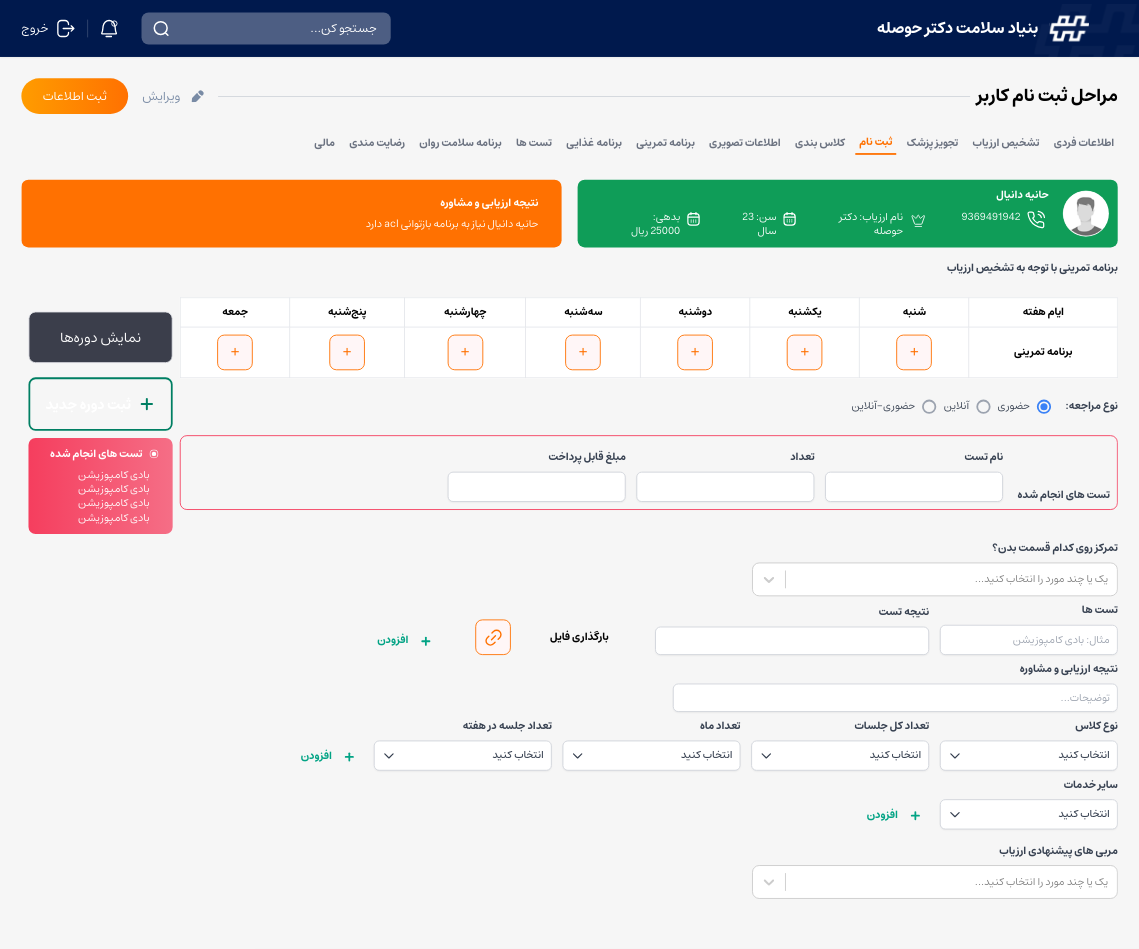
Repository: mirnajafi/ERP_hoseleh_V1.0
Page: /register, after clicking the first element matching `div.flex > :nth-child(4)`
An editor plug-in stored every save of this project. The page is shown before and after the next save, followed by the edit.
The browser window is 1280 px wide. The pictures show the whole page, at 89% of full size.
Some web fonts or font styles are not loaded; a fallback is used. The project was rebuilt for these pictures with package versions that can differ from the ones it lists, and the page was loaded fresh each time. The framework's server and built-in components were replaced by stand-ins that run in the browser. Also part of the build but not shown: next.config.mjs, src/components/icons/trash.tsx, src/components/weekTable/weekTable.css, src/components/icons/copy.tsx, src/components/recognitionEvaluator/recognitionEvaluator.tsx.

Above is the page before, as saved 2025-02-28 23:48:51.

### src/app/layout.tsx
/* eslint-disable @next/next/no-img-element */
import type { Metadata } from "next";
import Header from "@/components/layout/Header";
import "@/app/globals.css";


export const metadata: Metadata = {
  title: "دکتر حوصله",
  description: "بنیاد سلامت دکتر حوصله",
};

export default function RootLayout({ children }: { children: React.ReactNode }) {
  return (
    <html lang="fa" dir="rtl">
      <body className="bg-dashboard-bg min-h-screen">
        {/* Header includes SidebarToggle, so no need to add Sidebar separately */}
        <Header />
        {/* Main Content Area */}
        <main className="transition-all duration-300 mt-16 p-6">
          {children}
        </main>

      </body>
    </html>
  );
}

### src/app/globals.css
@tailwind base;
@tailwind components;
@tailwind utilities;

@font-face {
  font-family: 'Estedad';
  src: url('/fonts/Estedad-Regular.woff2') format('woff2');
  font-weight: normal;
  font-style: normal;
  font-display: swap;
}

@font-face {
  font-family: 'Estedad';
  src: url('/fonts/Estedad-Bold.woff2') format('woff2');
  font-weight: bold;
  font-style: normal;
  font-display: swap;
}

@font-face {
  font-family: 'Estedad';
  src: url('/fonts/Estedad-Medium.woff2') format('woff2');
  font-weight: 500;
  font-style: normal;
  font-display: swap;
}

@font-face {
  font-family: 'Estedad';
  src: url('/fonts/Light.woff2') format('woff2');
  font-weight: 400;
  font-style: normal;
  font-display: swap;
}

@layer base {
  html {
    font-family: 'Estedad'
  }
}

### src/components/formTab/formTab.tsx
import { useState } from "react";

interface Tab {
  label: string;
  content: React.ReactNode;
}

interface TabsProps {
  tabs: Tab[];
  defaultIndex?: number;
}

const Tabs: React.FC<TabsProps> = ({ tabs, defaultIndex = 0 }) => {
  const [activeIndex, setActiveIndex] = useState(defaultIndex);

  return (
    <div className="w-full overflow-hidden">
      <div className="flex py-3 overflow-x-auto whitespace-nowrap">
        {tabs.map((tab, index) => (
          <button
            key={index}
            className={`ml-2 p-1 text-nowrap text-xs font-bold text-sm focus:outline-none ${activeIndex === index
                ? "border-b-2 border-[#FF7101] text-[#FF7101]"
                : "text-gray-500 hover:text-[#FF7101]"
              }`}
            onClick={() => setActiveIndex(index)}
          >
            {tab.label}
          </button>
        ))}
      </div>

      <div className="py-4">{tabs[activeIndex].content}</div>
    </div>
  );
};

export default Tabs;

### src/components/registration/registration.tsx
import Select from "react-select/base";
import WeekTable from "../weekTable/weekTable";
import TransparentBtn from "../transparentBtn/transparentBtn";
import Dropdown from "../dropdown/dropdown";
import InputDescription from "../inputDescription/inputDescription";
import FileUploader from "../fileUploader/fileUploader";
import Input from "../input/input";
import InformationUserBox from "../informationUserBox/informationUserBox";
import { useState } from "react";
import ResultBox from "../resultBox/resultBox";
import PlusIcon from "../icons/plus";
import LeftSideBox from "../leftSideBox/leftSideBox";
import RadioButton from "../radioBtn/radioBtn";

const Registration = () => {

    const [selectedOptions, setSelectedOptions] = useState([]);


    const handleSelect = (option: string) => {
        console.log("انتخاب شده:", option);
    };
    const handleFileUpload = (files: File[]) => {
        console.log("فایل‌های آپلود شده:", files);
    };

    const [selected, setSelected] = useState<string>("option1");


    const [selectedDay, setSelectedDay] = useState<string>("");

    const handleDaySelect = (day: string) => {
        setSelectedDay(day);
    };

    return (
        <div>
            <div className="w-full flex flex-row">
                <InformationUserBox name="حانیه دانیال" age="23" phoneNumber={'9369491942'} evaluator="دکتر حوصله" debt="25000" imageSrc="/images/defaultUser.png" className="w-1/2 lg:ml-2" />
                <ResultBox resultText={"حانیه دانیال نیاز به برنامه بازتوانی acl دارد"} className="w-1/2 lg:mr-2" />
            </div>



            <div className="flex flex-row  my-4 items-center">
                <label className="mb-2 text-xs font-bold text-gray-700 ml-2">برنامه تمرینی با توجه به تشخیص ارزیاب</label>

            </div>

            <div className="w-full flex flex-row">

                <div className="w-full flex flex-col">
                    <WeekTable
                        apiUrl="https://api.majidvalizadeh.com/jalali/next7"
                        selectedDay={selectedDay}
                        onDaySelect={handleDaySelect}
                    />
                    <div className="flex flex-row my-4">
                        <label className="my-2 text-xs font-bold text-gray-700 ml-4">نوع مراجعه:</label>
                        <RadioButton
                            label="حضوری"
                            name="options"
                            value="option1"
                            checked={selected === "option1"}
                            onChange={setSelected}
                        />
                        <RadioButton
                            label="آنلاین"
                            name="options"
                            value="option2"
                            checked={selected === "option2"}
                            onChange={setSelected}
                        />
                        <RadioButton
                            label="حضوری-آنلاین"
                            name="options"
                            value="option3"
                            checked={selected === "option3"}
                            onChange={setSelected}
                        />
                    </div>


                    <div className="w-full xl:py-2 my-0  flex flex-col xl:flex-row xl:justify-start xl:items-end border border-[#F53E5E] rounded-[8px] p-[8px]">
                        <label className="text-xs font-bold text-gray-700 ml-4">تست های انجام شده</label>

                        <Input
                            label="نام تست"
                            type="text"
                            value={''}
                            onChange={() => { }}
                            placeholder=""
                        />
                        <Input
                            label="تعداد "
                            type="text"
                            value={''}
                            onChange={() => { }}
                            placeholder=""
                        />

                        <Input
                            label="مبلغ قابل پرداخت"
                            type="text"
                            value={''}
                            onChange={() => { }}
                            placeholder=""
                        />
                    </div>
                </div>

                <div className="w-1/6 p-2 flex flex-col">
                    <button className="bg-[#3B3E4B] text-white p-4 w-full border rounded-[8px] my-2">نمایش دوره‌ها</button>
                    <button className="bg-transparent text-[#007F63] text-white p-4 w-full border-2 border-[#007F63] rounded-[8px] flex items-center justify-center font-bold my-2"><PlusIcon width={20} height={20} /> ثبت دوره جدید</button>
                    <LeftSideBox title={"تست های انجام شده"} test1={"بادی کامپوزیشن"} />
                </div>
            </div>


            <div className="flex flex-col  w-ful xl:w-1/3">
                <label className="mb-2 text-xs font-bold text-gray-700">تمرکز روی کدام قسمت بدن؟</label>
                <Select
                    isMulti
                    options={[
                        { value: "apple", label: "سیب" },
                        { value: "banana", label: "موز" },
                        { value: "orange", label: "پرتقال" },
                        { value: "grape", label: "انگور" },
                        { value: "watermelon", label: "هندوانه" },
                    ]}
                    value={selectedOptions}
                    onChange={setSelectedOptions}
                    placeholder="یک یا چند مورد را انتخاب کنید..."
                    noOptionsMessage={() => "موردی یافت نشد"}
                    isClearable
                    isSearchable
                    className="text-xs "
                    styles={{
                        control: (base) => ({
                            ...base,
                            borderRadius: "8px",
                            borderColor: "#ccc",
                            boxShadow: "none",
                            "&:hover": { borderColor: "#888" },
                        }),
                    }}
                />
            </div>
            <div className="flex flex-col xl:flex-row w-full xl:items-end xl:justify-right ">
                <Input
                    label="تست ها"
                    type="text"
                    value={''}
                    onChange={() => { }}
                    placeholder="مثال: بادی کامپوزیشن "
                />
                <InputDescription
                    label="نتیجه تست"
                    value={''}
                    placeholder=""
                    className="xl:w-1/4 max-w-[500px]"
                />

                <FileUploader onFileUpload={handleFileUpload} accept="image/*" multiple />
                <TransparentBtn label='افزودن' />
            </div>
            <div className="flex flex-col xl:flex-row w-full xl:items-end xl:justify-right ">

                <InputDescription
                    label="نتیجه ارزیابی و مشاوره"
                    value={''}
                    placeholder="توضیحات..."
                    className="xl:w-1/2 max-w-[500px]"
                    height="h-24"
                />

            </div>

            <div className="flex flex-col xl:flex-row w-full xl:items-end xl:justify-right ">
                <Dropdown
                    label="نوع کلاس"
                    options={["گزینه 1", "گزینه 2", "گزینه 3"]}
                    onSelect={handleSelect}
                />
                <Dropdown
                    label="تعداد کل جلسات"
                    options={["گزینه 1", "گزینه 2", "گزینه 3"]}
                    onSelect={handleSelect}
                />
                <Dropdown
                    label="تعداد ماه"
                    options={["گزینه 1", "گزینه 2", "گزینه 3"]}
                    onSelect={handleSelect}
                />
                <Dropdown
                    label="تعداد جلسه در هفته"
                    options={["گزینه 1", "گزینه 2", "گزینه 3"]}
                    onSelect={handleSelect}
                />
                <TransparentBtn label='افزودن' />

            </div>
            <div className="flex flex-col xl:flex-row w-full xl:items-end xl:justify-right ">
                <Dropdown
                    label="سایر خدمات"
                    options={["گزینه 1", "گزینه 2", "گزینه 3"]}
                    onSelect={handleSelect}
                />
                <TransparentBtn label='افزودن' />

            </div>
            <div className="flex flex-col  w-ful xl:w-1/3 my-4">
                <label className="mb-2 text-xs font-bold text-gray-700">مربی های پیشنهادی ارزیاب</label>
                <Select
                    isMulti
                    options={[
                        { value: "apple", label: "سیب" },
                        { value: "banana", label: "موز" },
                        { value: "orange", label: "پرتقال" },
                        { value: "grape", label: "انگور" },
                        { value: "watermelon", label: "هندوانه" },
                    ]}
                    value={selectedOptions}
                    onChange={setSelectedOptions}
                    placeholder="یک یا چند مورد را انتخاب کنید..."
                    noOptionsMessage={() => "موردی یافت نشد"}
                    isClearable
                    isSearchable
                    className="text-xs "
                    styles={{
                        control: (base) => ({
                            ...base,
                            borderRadius: "8px",
                            borderColor: "#ccc",
                            boxShadow: "none",
                            "&:hover": { borderColor: "#888" },
                        }),
                    }}
                />
            </div>


        </div>
    )

}
export default Registration;

### src/components/SearchInput/SearchInput.tsx
/* eslint-disable @next/next/no-img-element */
"use client";

interface SearchInputProps {
  placeholder?: string;
  className?: string;
}

export default function SearchInput({ placeholder = "جستجو کن...", className = "" }: SearchInputProps) {
  return (
    <div className="relative w-[280px]">
      <input
        type="text"
        placeholder={placeholder}
        className={`w-full h-9 bg-white bg-opacity-30 rounded-lg px-4 text-white placeholder:text-white text-sm focus:outline-none ${className}`}
      />
      <img
        src="/icons/left-icon.svg"
        alt="search"
        className="absolute left-2 top-1/2 -translate-y-1/2 w-7 h-7 brightness-0 invert"
      />
    </div>
  );
}

### src/components/formHeader/formHeader.css
.customeGradient{
    background: linear-gradient(270deg, #FF7101 0%, #FF9C00 100%);
    color: white;
    border-radius: 50px;
    padding:  10px 24px;
}

### src/components/input/input.tsx
'use client';  // اضافه کردن این خط برای فعال کردن کامپوننت در Client-side

import React from "react";

interface InputProps {
  label: string;
  type?: string;
  value: string;
  onChange: (e: React.ChangeEvent<HTMLInputElement>) => void;
  placeholder?: string;
  required?: boolean;
  className?: string;
}

const Input: React.FC<InputProps> = ({
  label,
  type = "text",
  value,
  onChange,
  placeholder,
  required = false,
  className = "",
}) => {
  return (
    <div className={`w-full xl:w-1/5 ml-3 my-2 xl:my-0 lg:max-w-[200px] ${className}`}>
      <label className="block text-xs text-gray-700  xl:mt-2 mb-2  font-bold">{label}</label>

      <input
        type={type}
        value={value}
        onChange={onChange}
        placeholder={placeholder}
        required={required}
        className="block w-full p-2 lg:max-w-200 text-xs border border-gray-300 rounded-md shadow-sm focus:outline-none focus:ring-2 focus:ring-indigo-500 focus:border-indigo-500"
      />
    </div>
  );
};

export default Input;

### src/components/transparentBtn/transparentBtn.tsx
'use client'; // اضافه کردن این خط برای فعال کردن کامپوننت در Client-side

import React from "react";

interface BtnProps {
    label: string;
}

const TransparentBtn: React.FC<BtnProps> = ({ label }) => {

    return (
        <div className="w-250px text-[#01A384] h-full flex xl:items-center xl:justify-center">
            <button className="flex flex-row p-2  h-full flex items-center justify-center font-bold text-xs
">
                <svg width="15" height="15" viewBox="0 0 14 15" fill="none" xmlns="http://www.w3.org/2000/svg" className="ml-3">
                    <path d="M7 3.41666V11.5833" stroke="#01A384" stroke-width="2" stroke-linecap="round" stroke-linejoin="round" />
                    <path d="M2.91602 7.5H11.0827" stroke="#01A384" stroke-width="2" stroke-linecap="round" stroke-linejoin="round" />
                </svg>
                {label}
            </button>
        </div>
    );
};

export default TransparentBtn;

### src/components/inputDescription/inputDescription.tsx
'use client';  // اضافه کردن این خط برای فعال کردن کامپوننت در Client-side

import React from "react";

interface InputProps {
  label: string;
  value: string;
  placeholder?: string;
  required?: boolean;
  className?: string;
  height?:string;
}

const InputDescription: React.FC<InputProps> = ({
  label,
  value,
  placeholder,
  required = false,
  className = "",
  height
}) => {
  return (
    <div className={`w-full xl:w-1/2 ml-3 max-w-[500px] ${className}`}>
      <label className="block text-xs text-gray-700 mb-2 mt-4 xl:my-2 font-bold font-bold">{label}</label>

      <textarea
        value={value}
        placeholder={placeholder}
        required={required}
        className={`block w-full h-8 ${height} p-2 resize-none max-w-200 overflow-hidden text-xs border border-gray-300 rounded-md shadow-sm focus:outline-none focus:ring-2 focus:ring-indigo-500 focus:border-indigo-500`}
      />
    </div>
  );
};

export default InputDescription;

### src/components/resultBox/resultBox.tsx
'use client';

import React from "react";
import './resultBox.css';


interface ResultBoxProps {
    resultText: string;
    className?: string;
}

const ResultBox: React.FC<ResultBoxProps> = ({
    resultText,
    className
}) => {
    return (
        <div className={`w-full flex flex-col lg:flex-row containResultBox text-xs ${className}`}>
            <div className="flex flex-col mr-4">
                <div className="font-bold">نتیجه ارزیابی و مشاوره</div>
                <div className="flex flex-col justify-center items-start lg:flex-row mt-2">
                    <span className="ml-10 flex flex-row-reverse">{resultText}</span>
                </div>
            </div>
        </div>
    );
};

export default ResultBox;

### src/components/icons/plus.tsx
'use client';

import React from "react";

interface IconProps {
    width?: number;
    height?: number;
    color?: string;
}

const PlusIcon: React.FC<IconProps> = ({ width, height }) => {
    return (
        <svg width={width} height={height} viewBox="0 0 36 36" fill="none" className="ml-2" xmlns="http://www.w3.org/2000/svg">
        <path d="M18 7.5V28.5" stroke="#007F63" stroke-width="4" stroke-linecap="round" stroke-linejoin="round"/>
        <path d="M7.5 18H28.5" stroke="#007F63" stroke-width="4" stroke-linecap="round" stroke-linejoin="round"/>
        </svg>


    );
};

export default PlusIcon;

### src/components/radioBtn/radioBtn.tsx
import React from "react";

interface RadioButtonProps {
  label: string;
  name: string;
  value: string;
  checked: boolean;
  onChange: (value: string) => void;
}

const RadioButton: React.FC<RadioButtonProps> = ({ label, name, value, checked, onChange }) => {
  return (
    <label className="flex items-center space-x-2 cursor-pointer text-xs">
      <input
        type="radio"
        name={name}
        value={value}
        checked={checked}
        onChange={() => onChange(value)}
        className="hidden"
      />
      <div
        className={`w-4 h-4 rounded-full border-2 ${
          checked ? "border-blue-500" : "border-gray-400"
        } flex items-center justify-center transition-all`}
      >
        {checked && <div className="w-2 h-2 bg-blue-500 rounded-full" />}
      </div>
      <span className="text-gray-700">{label}</span>
    </label>
  );
};

export default RadioButton;

### src/components/icons/uploader.tsx
'use client';

import React from "react";

interface IconProps {
    width?: number;
    height?: number;
    color?: string;
}

const UploaderIcon: React.FC<IconProps> = ({ width, height }) => {
    return (<svg width={width} height={height} viewBox="0 0 24 24" fill="none" xmlns="http://www.w3.org/2000/svg">
        <path d="M14.1211 9.87866L9.87845 14.1213" stroke="#FF7101" stroke-width="1.5" stroke-linecap="round" />
        <path d="M10.334 7.00003L12.0006 5.33336C13.8416 3.49239 16.8264 3.49239 18.6673 5.33335V5.33335C20.5083 7.17431 20.5083 10.1591 18.6673 12.0001L17.0007 13.6667" stroke="#FF7101" stroke-width="1.5" stroke-linecap="round" />
        <path d="M13.666 17L11.9994 18.6666C10.1584 20.5076 7.17362 20.5076 5.33266 18.6666V18.6666C3.4917 16.8257 3.4917 13.8409 5.33266 11.9999L6.99934 10.3333" stroke="#FF7101" stroke-width="1.5" stroke-linecap="round" />
    </svg>
    );
};

export default UploaderIcon;

### src/components/informationUserBox/informationUserBox.css
.containInfoBox {
  background: #0f9d58;
  color: white;
  justify-content: right;
  align-items: center;
  padding: 10px;
  border-radius: 8px;
}
.imageUser {
  border-radius: 100%;
}

### src/components/resultBox/resultBox.css
.containResultBox {
  background: #FF7101;
  color: white;
  justify-content: right;
  align-items: center;
  padding: 10px;
  border-radius: 8px;
  margin-right: 10px;
}

### src/components/leftSideBox/leftSideBox.css
.containLeftSideBox {
  background: linear-gradient(270deg, #F56E86 0%, #F53E5E 100%);
  color: white;
  justify-content: right;
  align-items: center;
  padding: 10px;
  border-radius: 8px;
}
.special-margin{
  margin-right: -10px;
}

### src/components/icons/circle.tsx

'use client';

import React from "react";

interface IconProps {
    width?: number;
    height?: number;
    color?: string;
}

const CircleIcon: React.FC<IconProps> = ({ width = 21, height = 22 }) => {
    return (
        <svg width={width} height={height} viewBox="0 0 12 12" className="ml-2" fill="none" xmlns="http://www.w3.org/2000/svg">
            <rect width="12" height="12" rx="6" fill="white" />
            <rect x="2" y="2" width="8" height="8" rx="4" fill="white" />
            <rect x="2" y="2" width="8" height="8" rx="4" stroke="#F56B84" stroke-width="2" />
        </svg>

    );
};

export default CircleIcon;

### tailwind.config.ts
import type { Config } from "tailwindcss";

const config: Config = {
  content: [
    "./src/pages/**/*.{js,ts,jsx,tsx,mdx}",
    "./src/components/**/*.{js,ts,jsx,tsx,mdx}",
    "./src/containers/**/*.{js,ts,jsx,tsx,mdx}",
    "./src/app/**/*.{js,ts,jsx,tsx,mdx}",
  ],
  theme: {
    extend: {
      colors: {
        "deep-blue": "#1E3A8A",
        "green": "#8BC34A",
        "orange": "#F97316",
        "red": "#E02D40",
        "yellow": "#FBBF24",
        background: "var(--background)",
        foreground: "var(--foreground)",
        secondry: {
          blue: {
            900: "#00194D",
          },
        },
        primery: {
          600: "#FF7101"
        },
        dashboard: {
          bg: "#F6F6F6"
        }
      },
    },
  },
  plugins: [],
};
export default config;

Loaded but not shown: src/components/personalInfo/personalInfo.tsx (302 lines, source omitted); src/components/weekTable/weekTable.tsx (87 lines, source omitted); src/components/dropdown/dropdown.tsx (69 lines, source omitted); src/components/icons/evaluator.tsx (26 lines, source omitted); src/components/inputDate/inputDate.tsx (67 lines, source omitted); src/components/informationUserBox/informationUserBox.tsx (61 lines, source omitted); src/components/icons/calendar.tsx (35 lines, source omitted); src/components/icons/phoneNumber.tsx (20 lines, source omitted); src/components/formHeader/formHeader.tsx (32 lines, source omitted); src/components/fileUploader/fileUploader.tsx (54 lines, source omitted); src/components/layout/Header.tsx (44 lines, source omitted); src/app/register/page.tsx (48 lines, source omitted); src/components/leftSideBox/leftSideBox.tsx (35 lines, source omitted)

After the next save:
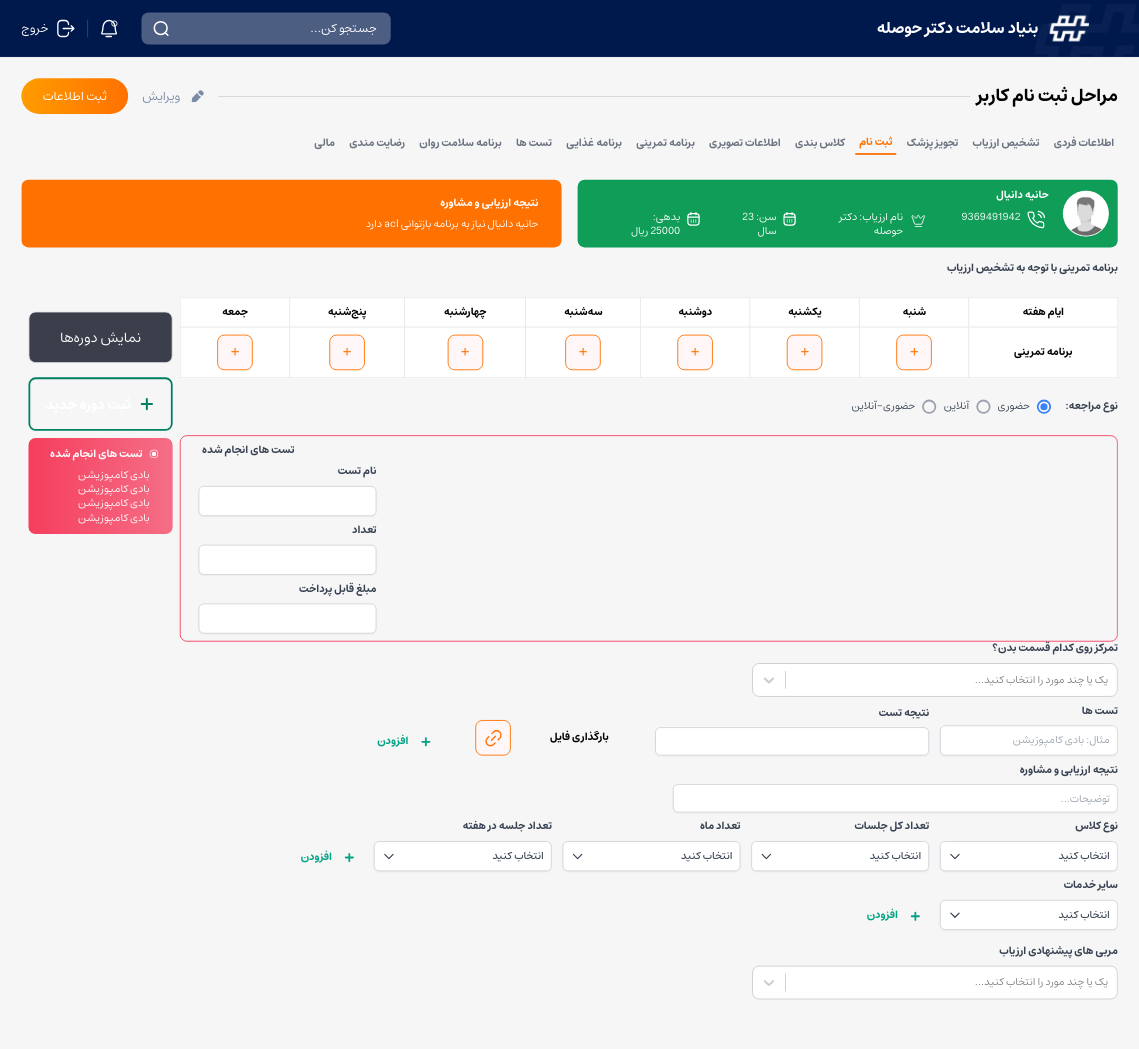
Saved 11 s later.
--- a/src/components/registration/registration.tsx
+++ b/src/components/registration/registration.tsx
@@ -81,7 +81,7 @@ const Registration = () => {
                     </div>
 
 
-                    <div className="w-full xl:py-2 my-0  flex flex-col xl:flex-row xl:justify-start xl:items-end border border-[#F53E5E] rounded-[8px] p-[8px]">
+                    <div className="w-full xl:py-2 my-0  flex flex-col  xl:justify-start xl:items-end border border-[#F53E5E] rounded-[8px] p-[8px]">
                         <label className="text-xs font-bold text-gray-700 ml-4">تست های انجام شده</label>
 
                         <Input
